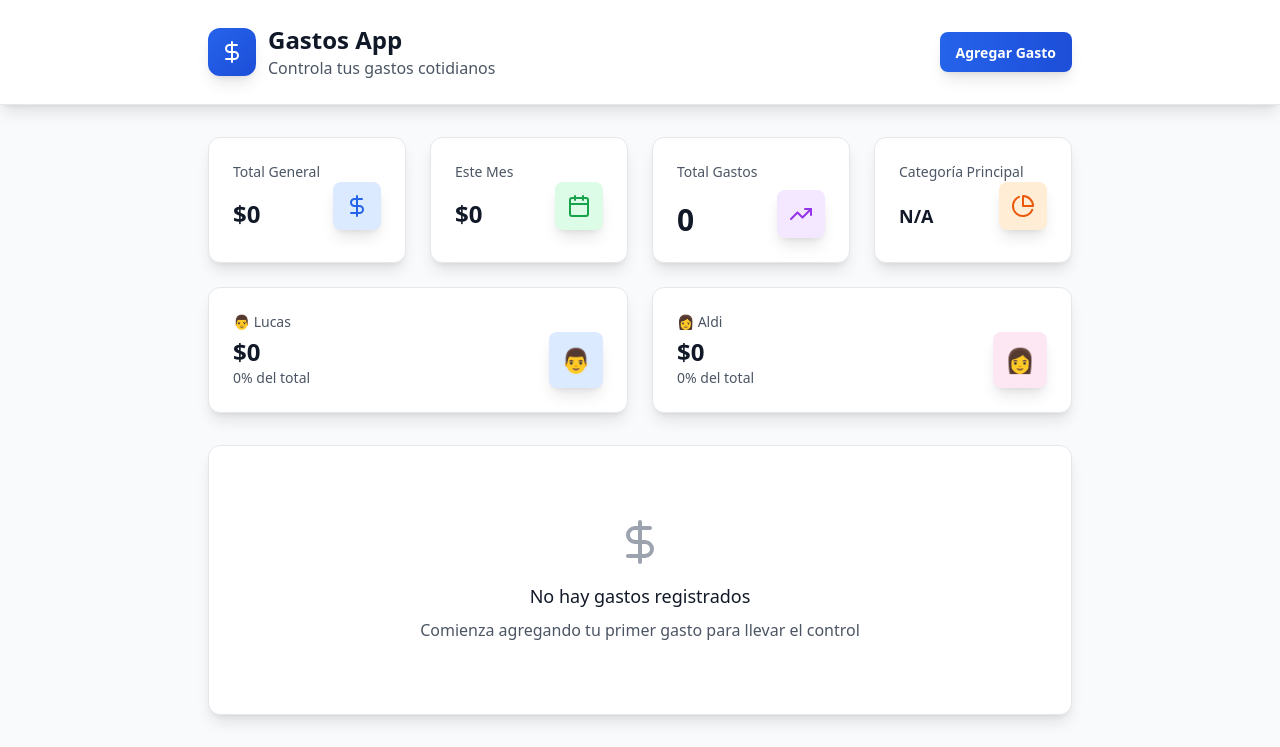
Repository: lucastenaglia/Gastosapp
Page: /
These files come from the project's save history. The page is drawn as it stood at one moment and after the next save; the edit follows.
The browser window is 1280 px wide. The pictures show the whole page.
The page's requests for data from a server got no answer. The project was rebuilt for these pictures with package versions that can differ from the ones it lists, and the page was loaded fresh each time. No one was signed in, and anything a server would have sent is missing. Also part of the build but not shown: vite.config.js, src/components/ExpenseForm.jsx.

Above is the page before, as saved 2025-08-03 21:47:56.

### index.html
<!DOCTYPE html>
<html lang="es">
  <head>
    <meta charset="UTF-8" />
    <link rel="icon" type="image/svg+xml" href="data:[embedded picture, 125 characters]" />
    <meta name="viewport" content="width=device-width, initial-scale=1.0" />
    <title>Gastos App - Control de Gastos Cotidianos</title>
  </head>
  <body>
    <div id="root"></div>
    <script type="module" src="/src/main.jsx"></script>
  </body>
</html>

### src/App.jsx
import { useState, useEffect } from 'react'
import Header from './components/Header'
import ExpenseForm from './components/ExpenseForm'
import ExpenseList from './components/ExpenseList'
import ExpenseSummary from './components/ExpenseSummary'
import { getExpenses, addExpense, updateExpense, deleteExpense } from './services/expenseService'

function App() {
  const [expenses, setExpenses] = useState([])
  const [isFormOpen, setIsFormOpen] = useState(false)
  const [loading, setLoading] = useState(true)
  const [error, setError] = useState(null)

  // Cargar gastos al iniciar la aplicación
  useEffect(() => {
    loadExpenses()
  }, [])

  // Cerrar modal con Escape
  useEffect(() => {
    const handleEscape = (e) => {
      if (e.key === 'Escape' && isFormOpen) {
        setIsFormOpen(false)
      }
    }

    document.addEventListener('keydown', handleEscape)
    return () => document.removeEventListener('keydown', handleEscape)
  }, [isFormOpen])

  const loadExpenses = async () => {
    try {
      setLoading(true)
      const data = await getExpenses()
      setExpenses(data)
      setError(null)
    } catch (err) {
      setError('Error al cargar los gastos')
      console.error(err)
    } finally {
      setLoading(false)
    }
  }

  const handleAddExpense = async (expense) => {
    try {
      const newExpense = await addExpense(expense)
      setExpenses([newExpense, ...expenses])
      setIsFormOpen(false)
    } catch (err) {
      setError('Error al agregar el gasto')
      console.error(err)
    }
  }

  const handleDeleteExpense = async (id) => {
    try {
      await deleteExpense(id)
      setExpenses(expenses.filter(expense => expense.id !== id))
    } catch (err) {
      setError('Error al eliminar el gasto')
      console.error(err)
    }
  }

  const handleEditExpense = async (id, updatedExpense) => {
    try {
      const updated = await updateExpense(id, updatedExpense)
      setExpenses(expenses.map(expense =>
        expense.id === id ? updated : expense
      ))
    } catch (err) {
      setError('Error al actualizar el gasto')
      console.error(err)
    }
  }

  return (
    <div className="min-h-screen bg-gray-50">
      <Header onAddExpense={() => setIsFormOpen(true)} />

      <main className="container mx-auto px-4 py-8 max-w-4xl">
        {error && (
          <div className="bg-red-100 border border-red-400 text-red-700 px-4 py-3 rounded mb-6">
            {error}
          </div>
        )}

        <ExpenseSummary expenses={expenses} />

        <div className="mt-8">
          <ExpenseList
            expenses={expenses}
            onDelete={handleDeleteExpense}
            onEdit={handleEditExpense}
            loading={loading}
          />
        </div>
      </main>

      {/* Modal Overlay */}
      {isFormOpen && (
        <div
          className="fixed inset-0 bg-black bg-opacity-50 flex items-center justify-center z-50 p-4 animate-in fade-in duration-200"
          onClick={() => setIsFormOpen(false)}
        >
          <div
            className="bg-white rounded-xl shadow-2xl max-w-md w-full mx-4 max-h-[90vh] overflow-y-auto animate-in zoom-in-95 duration-200"
            onClick={(e) => e.stopPropagation()}
          >
            <ExpenseForm
              onSubmit={handleAddExpense}
              onCancel={() => setIsFormOpen(false)}
            />
          </div>
        </div>
      )}
    </div>
  )
}

export default App

### src/index.css
@tailwind base;
@tailwind components;
@tailwind utilities;

@layer base {
  body {
    @apply bg-gray-50 text-gray-900;
  }
}

@layer components {
                .btn-primary {
                @apply bg-primary-600 hover:bg-primary-700 text-white font-medium py-2 px-4 rounded-lg transition-all duration-300 shadow-md hover:shadow-lg hover:-translate-y-0.5 transform;
              }

              .btn-secondary {
                @apply bg-gray-200 hover:bg-gray-300 text-gray-800 font-medium py-2 px-4 rounded-lg transition-all duration-300 shadow-md hover:shadow-lg hover:-translate-y-0.5 transform;
              }

                .input-field {
                @apply w-full px-3 py-2 border border-gray-300 rounded-lg focus:outline-none focus:ring-2 focus:ring-primary-500 focus:border-transparent shadow-sm focus:shadow-md transition-all duration-300;
              }

                            .card {
                @apply bg-white rounded-xl shadow-lg border border-gray-200 p-6 transform transition-all duration-300 hover:shadow-2xl hover:-translate-y-1;
              }

              .modal-enter {
                @apply opacity-0 scale-95;
              }

              .modal-enter-active {
                @apply opacity-100 scale-100 transition-all duration-200 ease-out;
              }

              .modal-exit {
                @apply opacity-100 scale-100;
              }

              .modal-exit-active {
                @apply opacity-0 scale-95 transition-all duration-200 ease-in;
              }
}

### src/components/Header.jsx
import { Plus, DollarSign } from 'lucide-react'

const Header = ({ onAddExpense }) => {
  return (
    <header className="bg-white shadow-lg border-b border-gray-200">
      <div className="container mx-auto px-4 py-6 max-w-4xl">
        <div className="flex items-center justify-between">
          <div className="flex items-center space-x-3">
            <div className="bg-gradient-to-br from-primary-600 to-primary-700 p-3 rounded-xl shadow-lg">
              <DollarSign className="h-6 w-6 text-white" />
            </div>
            <div>
              <h1 className="text-2xl font-bold text-gray-900">Gastos App</h1>
              <p className="text-gray-600">Controla tus gastos cotidianos</p>
            </div>
          </div>

          <button
            onClick={onAddExpense}
            className="bg-gradient-to-r from-primary-600 to-primary-700 active:from-primary-800 active:to-primary-900 text-white font-semibold py-2 px-4 rounded-lg shadow-lg hover:shadow-xl active:shadow-md active:translate-y-0.5 transition-all duration-200 border-0 focus:outline-none focus:ring-2 focus:ring-primary-300"
          >
            <span className="text-sm">Agregar Gasto</span>
          </button>
        </div>
      </div>
    </header>
  )
}

export default Header

### src/components/ExpenseList.jsx
import { useState } from 'react'
import { Trash2, Edit, Calendar, DollarSign } from 'lucide-react'

const ExpenseList = ({ expenses, onDelete, onEdit, loading }) => {
  const [editingId, setEditingId] = useState(null)
  const [editForm, setEditForm] = useState({})

  const categoryIcons = {
    comida: '🍽️',
    super: '🛒',
    auto: '🚗',
    entretenimiento: '🎮',
    salud: '💊',
    ropa: '👕',
    hogar: '🏠',
    otros: '📦'
  }

  const categoryColors = {
    comida: 'bg-orange-100 text-orange-800',
    super: 'bg-red-100 text-red-800',
    auto: 'bg-blue-100 text-blue-800',
    entretenimiento: 'bg-purple-100 text-purple-800',
    salud: 'bg-green-100 text-green-800',
    ropa: 'bg-pink-100 text-pink-800',
    hogar: 'bg-yellow-100 text-yellow-800',
    otros: 'bg-gray-100 text-gray-800'
  }

  const handleEdit = (expense) => {
    setEditingId(expense.id)
    setEditForm({
      description: expense.description,
      amount: expense.amount.toString(),
      category: expense.category,
      person: expense.person || 'lucas',
      date: expense.date
    })
  }

  const handleSaveEdit = (id) => {
    onEdit(id, {
      ...editForm,
      amount: parseFloat(editForm.amount)
    })
    setEditingId(null)
    setEditForm({})
  }

  const handleCancelEdit = () => {
    setEditingId(null)
    setEditForm({})
  }

  const formatDate = (dateString) => {
    const date = new Date(dateString)
    return date.toLocaleDateString('es-ES', {
      year: 'numeric',
      month: 'short',
      day: 'numeric'
    })
  }

  if (loading) {
    return (
      <div className="card">
        <div className="text-center py-12">
          <div className="animate-spin rounded-full h-12 w-12 border-b-2 border-primary-600 mx-auto mb-4"></div>
          <h3 className="text-lg font-medium text-gray-900 mb-2">
            Cargando gastos...
          </h3>
          <p className="text-gray-600">
            Conectando con la base de datos
          </p>
        </div>
      </div>
    )
  }

  if (expenses.length === 0) {
    return (
      <div className="card">
        <div className="text-center py-12">
          <DollarSign className="h-12 w-12 text-gray-400 mx-auto mb-4" />
          <h3 className="text-lg font-medium text-gray-900 mb-2">
            No hay gastos registrados
          </h3>
          <p className="text-gray-600">
            Comienza agregando tu primer gasto para llevar el control
          </p>
        </div>
      </div>
    )
  }

  return (
    <div className="card">
      <h2 className="text-xl font-semibold text-gray-900 mb-6">
        Historial de Gastos
      </h2>

      <div className="space-y-3">
        {expenses.map(expense => (
          <div key={expense.id} className="border border-gray-200 rounded-lg p-3 sm:p-4 bg-white shadow-md hover:shadow-xl hover:-translate-y-1 transform transition-all duration-300">
            {editingId === expense.id ? (
              <div className="space-y-3">
                <input
                  type="text"
                  value={editForm.description}
                  onChange={(e) => setEditForm({...editForm, description: e.target.value})}
                  className="input-field"
                />
                <div className="grid grid-cols-1 sm:grid-cols-2 gap-3">
                  <input
                    type="number"
                    value={editForm.amount}
                    onChange={(e) => setEditForm({...editForm, amount: e.target.value})}
                    className="input-field"
                    step="1"
                    min="0"
                  />
                  <select
                    value={editForm.category}
                    onChange={(e) => setEditForm({...editForm, category: e.target.value})}
                    className="input-field"
                  >
                    <option value="comida">🍽️ Comida</option>
                    <option value="super">🛒 Super</option>
                    <option value="auto">🚗 Auto</option>
                    <option value="entretenimiento">🎮 Entretenimiento</option>
                    <option value="salud">💊 Salud</option>
                    <option value="ropa">👕 Ropa</option>
                    <option value="hogar">🏠 Hogar</option>
                    <option value="otros">📦 Otros</option>
                  </select>
                </div>
                <div className="grid grid-cols-1 sm:grid-cols-2 gap-3">
                  <select
                    value={editForm.person}
                    onChange={(e) => setEditForm({...editForm, person: e.target.value})}
                    className="input-field"
                  >
                    <option value="lucas">👨 Lucas</option>
                    <option value="aldi">👩 Aldi</option>
                  </select>
                  <input
                    type="date"
                    value={editForm.date}
                    onChange={(e) => setEditForm({...editForm, date: e.target.value})}
                    className="input-field"
                  />
                </div>
                <div className="flex space-x-2">
                  <button
                    onClick={() => handleSaveEdit(expense.id)}
                    className="btn-primary text-sm flex-1"
                  >
                    Guardar
                  </button>
                  <button
                    onClick={handleCancelEdit}
                    className="btn-secondary text-sm flex-1"
                  >
                    Cancelar
                  </button>
                </div>
              </div>
            ) : (
              <div className="space-y-3">
                {/* Header con icono, descripción y monto */}
                <div className="flex items-start justify-between">
                  <div className="flex items-center space-x-3 flex-1 min-w-0">
                    <div className={`p-2 rounded-lg flex-shrink-0 ${categoryColors[expense.category]}`}>
                      <span className="text-lg">{categoryIcons[expense.category]}</span>
                    </div>

                    <div className="flex-1 min-w-0">
                      <h3 className="font-medium text-gray-900 truncate">
                        {expense.description}
                      </h3>
                      <div className="flex items-center space-x-2 text-sm text-gray-600 mt-1">
                        <span className="flex items-center space-x-1">
                          <Calendar className="h-3 w-3" />
                          <span className="hidden sm:inline">{formatDate(expense.date)}</span>
                          <span className="sm:hidden">{new Date(expense.date).toLocaleDateString('es-ES', { day: '2-digit', month: '2-digit' })}</span>
                        </span>
                        <span className="hidden sm:inline">•</span>
                        <span className="capitalize text-xs sm:text-sm">{expense.category}</span>
                      </div>
                    </div>
                  </div>

                  <div className="flex items-center space-x-2 flex-shrink-0">
                    <span className="text-lg font-semibold text-gray-900">
                      ${expense.amount}
                    </span>

                    <div className="flex space-x-1">
                      <button
                        onClick={() => handleEdit(expense)}
                        className="p-1 text-gray-400 hover:text-blue-600 transition-colors"
                        title="Editar"
                      >
                        <Edit className="h-4 w-4" />
                      </button>
                      <button
                        onClick={() => onDelete(expense.id)}
                        className="p-1 text-gray-400 hover:text-red-600 transition-colors"
                        title="Eliminar"
                      >
                        <Trash2 className="h-4 w-4" />
                      </button>
                    </div>
                  </div>
                </div>

                {/* Información adicional en móvil */}
                <div className="sm:hidden flex items-center justify-between text-sm text-gray-600 border-t pt-2">
                  <span className="flex items-center space-x-1">
                    <span>{expense.person === 'lucas' ? '👨' : '👩'}</span>
                    <span className="capitalize">{expense.person || 'lucas'}</span>
                  </span>
                  <span className="text-xs">
                    {new Date(expense.date).toLocaleDateString('es-ES', { year: 'numeric' })}
                  </span>
                </div>
              </div>
            )}
          </div>
        ))}
      </div>
    </div>
  )
}

export default ExpenseList

### src/components/ExpenseSummary.jsx
import { TrendingUp, Calendar, DollarSign, PieChart } from 'lucide-react'

const ExpenseSummary = ({ expenses }) => {
  const totalExpenses = expenses.reduce((sum, expense) => sum + expense.amount, 0)

  const today = new Date()
  const thisMonth = today.getMonth()
  const thisYear = today.getFullYear()

  const monthlyExpenses = expenses.filter(expense => {
    const expenseDate = new Date(expense.date)
    return expenseDate.getMonth() === thisMonth && expenseDate.getFullYear() === thisYear
  })

  const monthlyTotal = monthlyExpenses.reduce((sum, expense) => sum + expense.amount, 0)

  const categoryTotals = expenses.reduce((acc, expense) => {
    acc[expense.category] = (acc[expense.category] || 0) + expense.amount
    return acc
  }, {})

  const topCategory = Object.entries(categoryTotals).sort(([,a], [,b]) => b - a)[0]

  // Estadísticas por persona
  const personTotals = expenses.reduce((acc, expense) => {
    const person = expense.person || 'lucas'
    acc[person] = (acc[person] || 0) + expense.amount
    return acc
  }, {})

  const lucasTotal = personTotals.lucas || 0
  const aldiTotal = personTotals.aldi || 0

  const formatCurrency = (amount) => {
    return `$${Math.round(amount).toLocaleString('en-US')}`
  }

  return (
    <div className="space-y-4 sm:space-y-6">
      {/* Primera fila - Estadísticas generales */}
      <div className="grid grid-cols-2 lg:grid-cols-4 gap-3 sm:gap-6">
                 {/* Total General */}
         <div className="card relative p-4 sm:p-6">
           <div>
             <p className="text-xs sm:text-sm font-medium text-gray-600">Total General</p>
             <div className="flex items-end justify-between">
               <p className="text-lg sm:text-xl lg:text-2xl font-bold text-gray-900">
                 {formatCurrency(totalExpenses)}
               </p>
               <div className="bg-blue-100 p-2 sm:p-2.5 lg:p-3 rounded-lg shadow-lg">
                 <DollarSign className="h-4 w-4 sm:h-5 sm:w-5 lg:h-6 lg:w-6 text-blue-600" />
               </div>
             </div>
           </div>
         </div>

                 {/* Gastos del Mes */}
         <div className="card relative p-4 sm:p-6">
           <div>
             <p className="text-xs sm:text-sm font-medium text-gray-600">Este Mes</p>
             <div className="flex items-end justify-between">
               <p className="text-lg sm:text-2xl font-bold text-gray-900">
                 {formatCurrency(monthlyTotal)}
               </p>
               <div className="bg-green-100 p-2 sm:p-3 rounded-lg shadow-lg">
                 <Calendar className="h-4 w-4 sm:h-6 sm:w-6 text-green-600" />
               </div>
             </div>
           </div>
         </div>

                 {/* Total de Gastos */}
         <div className="card relative p-4 sm:p-6">
           <div>
             <p className="text-xs sm:text-sm font-medium text-gray-600">Total Gastos</p>
             <div className="flex items-end justify-between mt-2">
               <p className="text-2xl sm:text-3xl font-bold text-gray-900">
                 {expenses.length}
               </p>
               <div className="bg-purple-100 p-2 sm:p-3 rounded-lg shadow-lg self-end">
                 <TrendingUp className="h-4 w-4 sm:h-6 sm:w-6 text-purple-600" />
               </div>
             </div>
           </div>
         </div>

                 {/* Categoría Principal */}
         <div className="card relative p-4 sm:p-6">
           <div>
             <p className="text-xs sm:text-sm font-medium text-gray-600">Categoría Principal</p>
             <div className="flex items-end justify-between">
               <div>
                 <p className="text-base sm:text-lg font-semibold text-gray-900 capitalize">
                   {topCategory ? topCategory[0] : 'N/A'}
                 </p>
                 {topCategory && (
                   <p className="text-xs sm:text-sm text-gray-600">
                     {formatCurrency(topCategory[1])}
                   </p>
                 )}
               </div>
               <div className="bg-orange-100 p-2 sm:p-3 rounded-lg shadow-lg">
                 <PieChart className="h-4 w-4 sm:h-6 sm:w-6 text-orange-600" />
               </div>
             </div>
           </div>
         </div>
      </div>

             {/* Segunda fila - Estadísticas por persona */}
       <div className="grid grid-cols-1 sm:grid-cols-2 gap-3 sm:gap-6">
                 {/* Gastos de Lucas */}
         <div className="card relative p-4 sm:p-6">
           <div>
             <p className="text-xs sm:text-sm font-medium text-gray-600">👨 Lucas</p>
             <div className="flex items-end justify-between">
               <div>
                 <p className="text-lg sm:text-2xl font-bold text-gray-900">
                   {formatCurrency(lucasTotal)}
                 </p>
                 <p className="text-xs sm:text-sm text-gray-600">
                   {totalExpenses > 0 ? `${((lucasTotal / totalExpenses) * 100).toFixed(1)}%` : '0%'} del total
                 </p>
               </div>
               <div className="bg-blue-100 p-2 sm:p-3 rounded-lg shadow-lg">
                 <span className="text-lg sm:text-2xl">👨</span>
               </div>
             </div>
           </div>
         </div>

                 {/* Gastos de Aldi */}
         <div className="card relative p-4 sm:p-6">
           <div>
             <p className="text-xs sm:text-sm font-medium text-gray-600">👩 Aldi</p>
             <div className="flex items-end justify-between">
               <div>
                 <p className="text-lg sm:text-2xl font-bold text-gray-900">
                   {formatCurrency(aldiTotal)}
                 </p>
                 <p className="text-xs sm:text-sm text-gray-600">
                   {totalExpenses > 0 ? `${((aldiTotal / totalExpenses) * 100).toFixed(1)}%` : '0%'} del total
                 </p>
               </div>
               <div className="bg-pink-100 p-2 sm:p-3 rounded-lg shadow-lg">
                 <span className="text-lg sm:text-2xl">👩</span>
               </div>
             </div>
           </div>
         </div>
      </div>
    </div>
  )
}

export default ExpenseSummary

### src/lib/supabase.js
import { createClient } from '@supabase/supabase-js'

// Configuración de Supabase
const supabaseUrl = 'https://tiarifmkqcayodakifqu.supabase.co'
const supabaseAnonKey = 'eyJhbGciOiJIUzI1NiIsInR5cCI6IkpXVCJ9.eyJpc3MiOiJzdXBhYmFzZSIsInJlZiI6InRpYXJpZm1rcWNheW9kYWtpZnF1Iiwicm9sZSI6ImFub24iLCJpYXQiOjE3NTQyMzYxMzcsImV4cCI6MjA2OTgxMjEzN30.qJr6Xvo0UF5_XPq4UWidASjwgjcWPFJ8CqR6mAHSsTU'

export const supabase = createClient(supabaseUrl, supabaseAnonKey)

### tailwind.config.js
/** @type {import('tailwindcss').Config} */
export default {
  content: [
    "./index.html",
    "./src/**/*.{js,ts,jsx,tsx}",
  ],
  theme: {
    extend: {
      colors: {
        primary: {
          50: '#eff6ff',
          500: '#3b82f6',
          600: '#2563eb',
          700: '#1d4ed8',
        }
      }
    },
  },
  plugins: [],
}

Loaded but not shown: src/main.jsx (common file); src/services/expenseService.js (78 lines, source omitted)

After the next save:
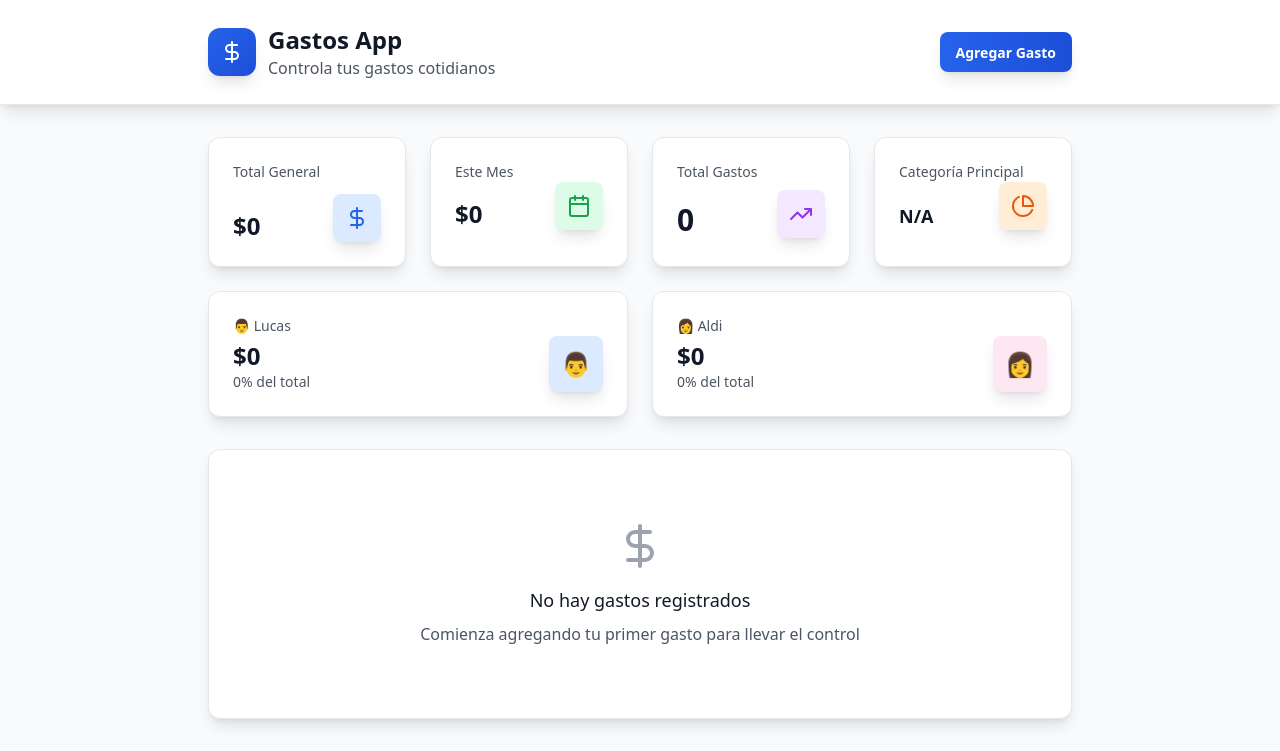
Saved 39 s later.
--- a/src/components/ExpenseSummary.jsx
+++ b/src/components/ExpenseSummary.jsx
@@ -41,13 +41,15 @@ const ExpenseSummary = ({ expenses }) => {
       <div className="grid grid-cols-2 lg:grid-cols-4 gap-3 sm:gap-6">
                  {/* Total General */}
          <div className="card relative p-4 sm:p-6">
-           <div>
+           <div className="space-y-3">
              <p className="text-xs sm:text-sm font-medium text-gray-600">Total General</p>
              <div className="flex items-end justify-between">
-               <p className="text-lg sm:text-xl lg:text-2xl font-bold text-gray-900">
-                 {formatCurrency(totalExpenses)}
-               </p>
-               <div className="bg-blue-100 p-2 sm:p-2.5 lg:p-3 rounded-lg shadow-lg">
+               <div className="flex-1">
+                 <p className="text-lg sm:text-xl lg:text-2xl font-bold text-gray-900">
+                   {formatCurrency(totalExpenses)}
+                 </p>
+               </div>
+               <div className="bg-blue-100 p-2 sm:p-2.5 lg:p-3 rounded-lg shadow-lg ml-4">
                  <DollarSign className="h-4 w-4 sm:h-5 sm:w-5 lg:h-6 lg:w-6 text-blue-600" />
                </div>
              </div>
